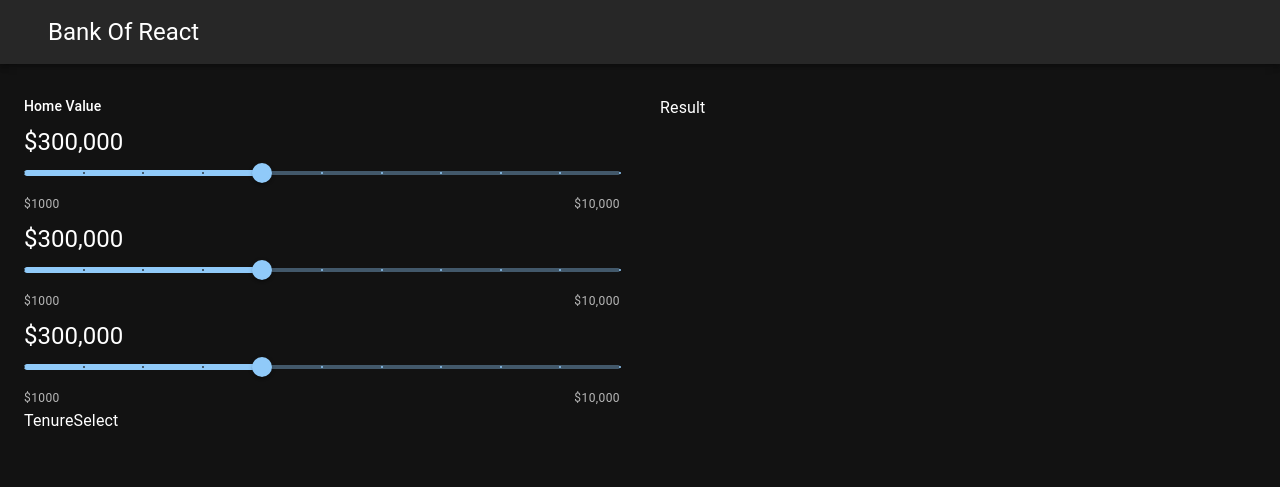
Repository: MikeeBuilds/mortgage-calculator
Page: /
The author's editor kept a copy of each file at every save. The page is drawn from the files as they stood at one save, then again after a run of saves.
The browser window is 1280 px wide. The pictures show the whole page.
The project was rebuilt for these pictures with package versions that can differ from the ones it lists, and the page was loaded fresh each time.

Above is the page before, as saved 2023-04-03 21:39:31.

### src/index.js
import React from 'react';
import ReactDOM from 'react-dom/client';
import  CssBaseline  from '@mui/material/CssBaseline';
import { ThemeProvider, createTheme } from '@mui/material/styles';
import App from './App';
import reportWebVitals from './reportWebVitals';
import { theme } from './theme';

const root = ReactDOM.createRoot(document.getElementById('root'));
root.render(
  <React.StrictMode>
    <ThemeProvider theme={theme}>
      <CssBaseline />
    <App />
    </ThemeProvider>
  </React.StrictMode>
);

// If you want to start measuring performance in your app, pass a function
// to log results (for example: reportWebVitals(console.log))
// or send to an analytics endpoint. Learn more: https://bit.ly/CRA-vitals
reportWebVitals();

### src/App.js
import { Container, Grid } from "@mui/material";
import Navbar from "./components/Navbar";
import Result from "./components/Result";
import SliderSelect from "./components/SliderSelect";
import TenureSelect from "./components/TenureSelect";


function App() {
  return (
    <div className="App">
      <Navbar />
      <Container maxWidth="xl" sx={{ marginTop: 4 }}>
        <Grid container spacing={5}>

          <Grid item xs={12} md={6}>
            <SliderSelect />
            <TenureSelect />
          </Grid>
          <Grid item xs={12} md={6}>
            <Result />

          </Grid>

        </Grid>
      </Container>
    </div>
  );
}

export default App;

### src/theme.js
import {  createTheme } from "@mui/material/styles";

export const theme = createTheme({
    palette: {
        mode: "dark",
    },
    typography: {
        h1: {

        },
    },
});

### src/components/Navbar.js
import React from 'react'
import AppBar from '@mui/material/AppBar'
import ToolBar from '@mui/material/Toolbar'
import Typography from '@mui/material/Typography'
import Container from '@mui/material/Container'

const Navbar = () => {
  return (
    <AppBar position="static">
      <Container maxWidth='xl'>
        <ToolBar>
            <Typography variant="h5" component="div" sx={{ flexGrow: 1 }}>
                Bank Of React
            </Typography>
        </ToolBar>
      </Container>
    </AppBar>
  )
}

export default Navbar

### src/components/SliderSelect.js
import React, { Fragment } from 'react'
import SliderComponent from './common/SliderComponent'

const SliderSelect = () => {
  return (
    <>
        <SliderComponent
            label='Home Value'
            min={0}
            max={50}
            defaultValue={20}
            step={5 }
            onChange={(e, value) => console.log(value)}
        />
          <SliderComponent
            min={0}
            max={50}
            defaultValue={20}
            step={5 }
            onChange={(e, value) => console.log(value)}
        />
          <SliderComponent
            min={0}
            max={50}
            defaultValue={20}
            step={5 }
            onChange={(e, value) => console.log(value)}
        />

    </>


  )
}

export default SliderSelect

### src/components/TenureSelect.js
import React from 'react'

const TenureSelect = () => {
  return (
    <div>TenureSelect</div>
  )
}

export default TenureSelect

### src/components/common/SliderComponent.js
import React from 'react'
import Slider from '@mui/material/Slider'
import { Stack, Typography } from '@mui/material'

const SliderComponent = ({ defaultValue, min, max, step, onChange, value, label }) => {
  return (
  <>
    <Stack gap={1}>
      <Typography variant='subtitle2'>{label}</Typography>
      <Typography variant='h5'>$300,000</Typography>
    </Stack>

    <Slider
      defaultValue={defaultValue}
      min={min} max={max}
      aria-label='Default'
      valueLabelDisplay='auto'
      marks
      step={step}
      onChange={onChange}
      value={value}
      />
      <Stack direction='row' justifyContent='space-between'>
    <Typography variant='caption' color='text.secondary'>$1000</Typography>
    <Typography variant='caption' color='text.secondary'>$10,000</Typography>
      </Stack>

  </>
  )
}

export default SliderComponent

Loaded but not shown: public/index.html (common file); src/reportWebVitals.js (common file); src/components/Result.js (common file)

After the next 3 saves:
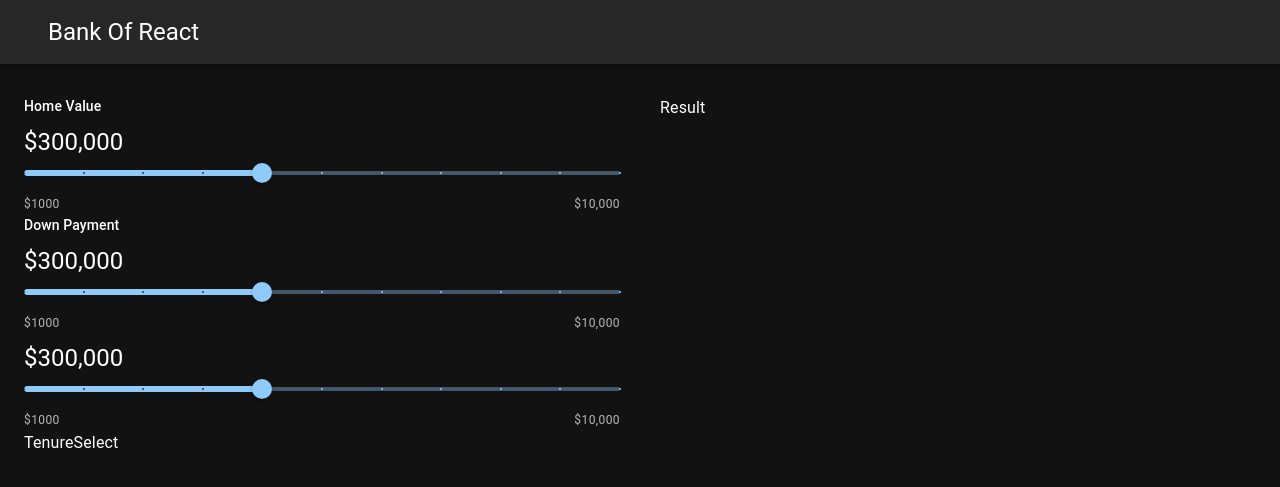
The 3 saves are shown as one change because they came seconds apart.
The last was saved 12 s later.
--- a/src/components/SliderSelect.js
+++ b/src/components/SliderSelect.js
@@ -13,6 +13,7 @@ const SliderSelect = () => {
             onChange={(e, value) => console.log(value)}
         />
           <SliderComponent
+            label='Down Payment'
             min={0}
             max={50}
             defaultValue={20}
@@ -20,6 +21,7 @@ const SliderSelect = () => {
             onChange={(e, value) => console.log(value)}
         />
           <SliderComponent
+
             min={0}
             max={50}
             defaultValue={20}
